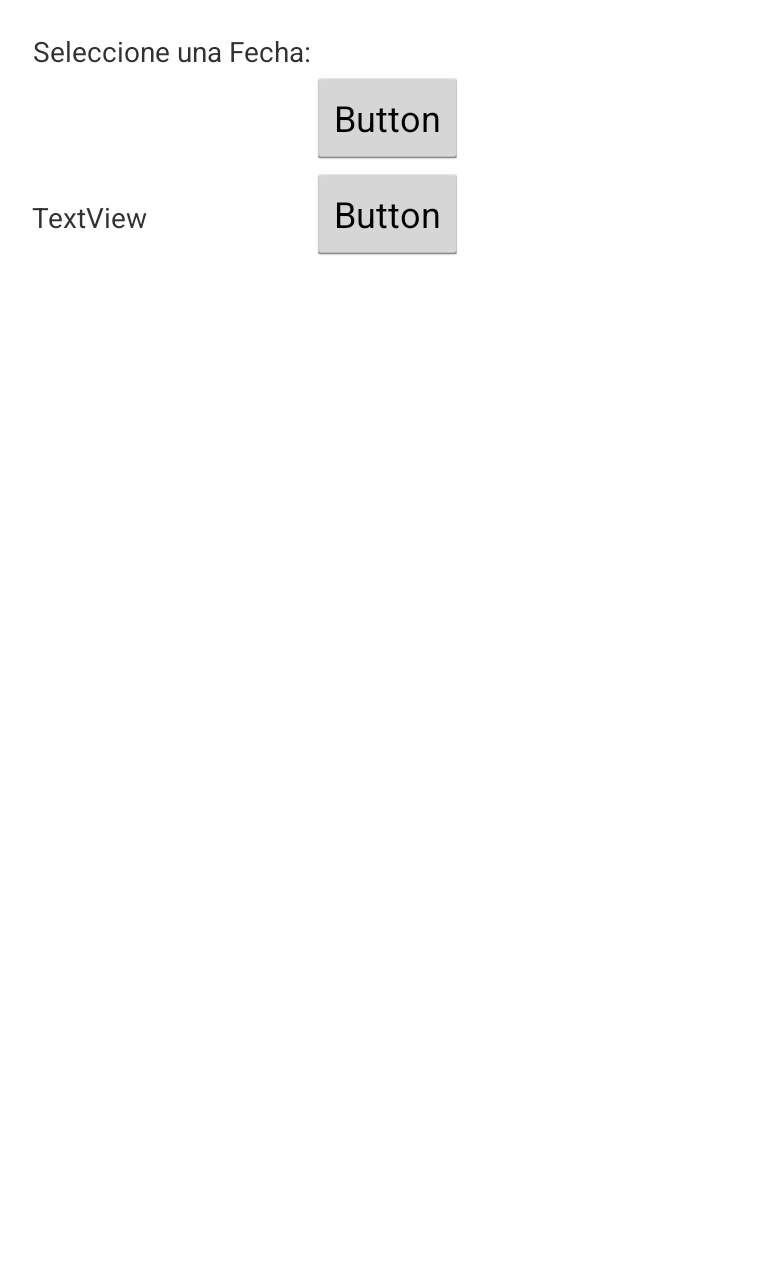
Repository: G3rcar/Android-I
Layout: Clase09DatePicker/res/layout/activity_main.xml
An editor plug-in stored every save of this project. The layout is shown before and after the next save, followed by the edit.
It is drawn on a 768 x 1280 px phone screen (xhdpi) without system bars, with theme AppTheme; the app's code is not run.

Above is the layout before, as saved 2013-11-06 13:47:06.

After the next save:
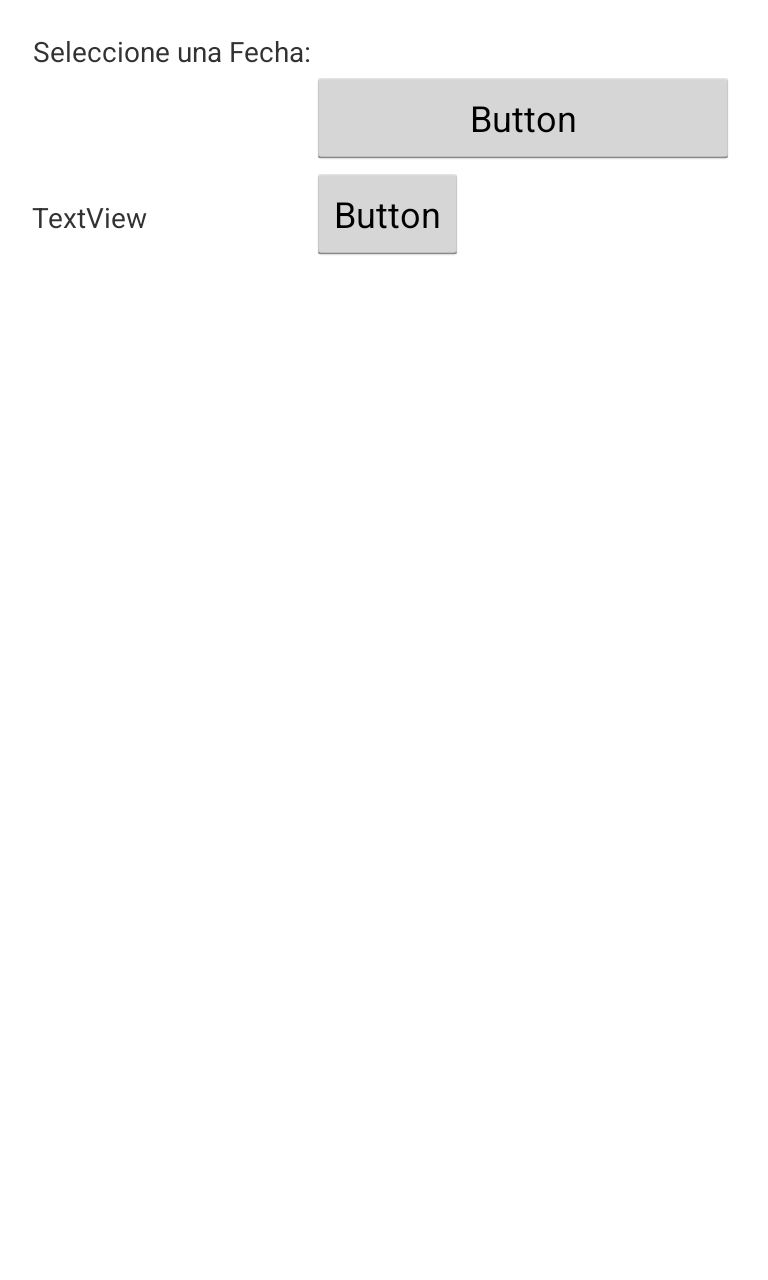
Saved 18 s later.
--- a/Clase09DatePicker/res/layout/activity_main.xml
+++ b/Clase09DatePicker/res/layout/activity_main.xml
@@ -36,6 +36,7 @@
         <Button
             android:id="@+id/button1"
             android:layout_width="0dp"
+            android:layout_weight="1"
             android:layout_height="wrap_content"
             android:text="Button" />
 
